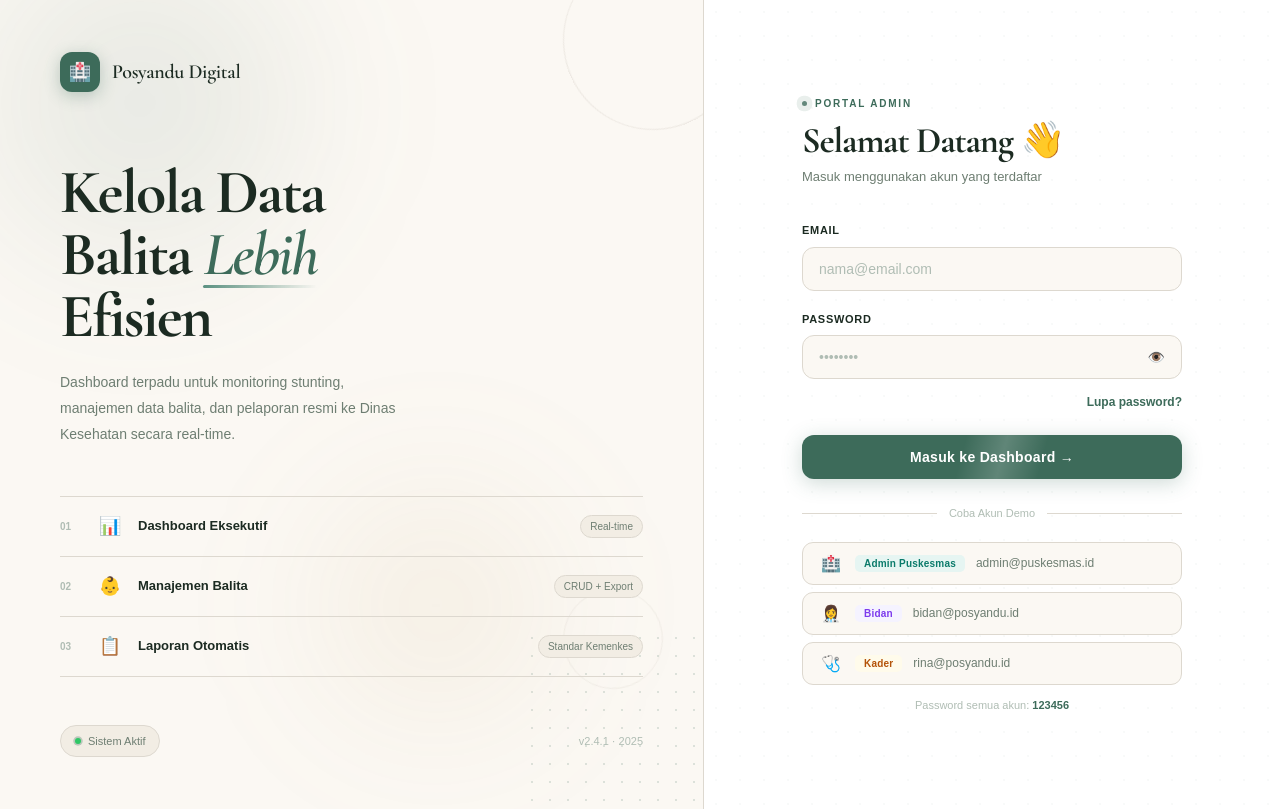
Repository: RiskyXfebriansyah/project_pui
Page: /
An editor plug-in stored every save of this project. The page is shown before and after the next save, followed by the edit.
The browser window is 1280 px wide. The pictures show the whole page.
Some web fonts or font styles are not loaded; a fallback is used. The project was rebuilt for these pictures with package versions that can differ from the ones it lists, and the page was loaded fresh each time. Also part of the build but not shown: vite.config.js, src/utils/helpers.js, src/components/ui/Components.jsx, src/data/dummyData.js, src/pages/DashboardPage.jsx, src/pages/BalitaPage.jsx, src/pages/LaporanPage.jsx, src/pages/JadwalPage.jsx and 3 more.

Above is the page before, as saved 2026-03-03 08:21:16.

After the next save:
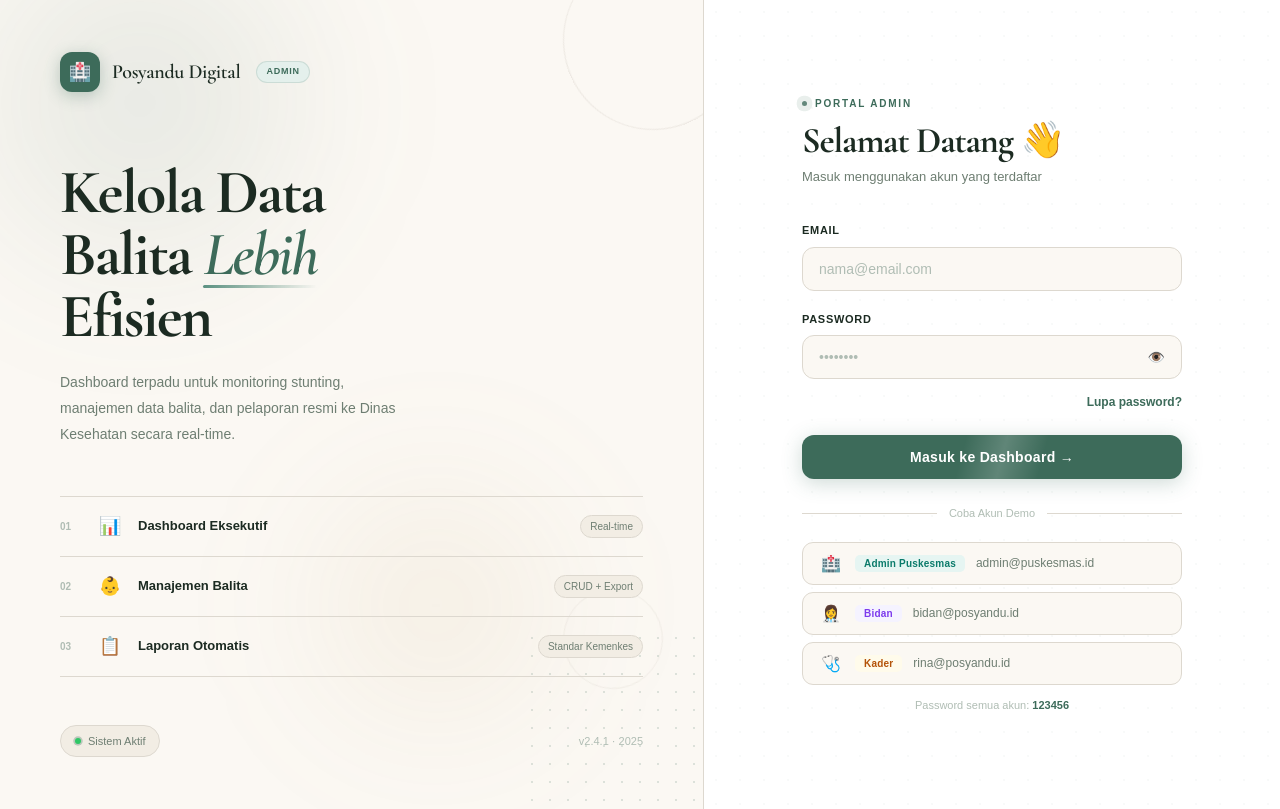
Saved 4 s later.
--- a/src/pages/LoginPage.jsx
+++ b/src/pages/LoginPage.jsx
@@ -631,6 +631,7 @@ export default function LoginPage({ onLogin, error: externalError }) {
           <div className="logo">
             <div className="logo-icon">🏥</div>
             <span className="logo-name">Posyandu Digital</span>
+            <span className="logo-badge">Admin</span>
           </div>
 
           <div className="hero">
